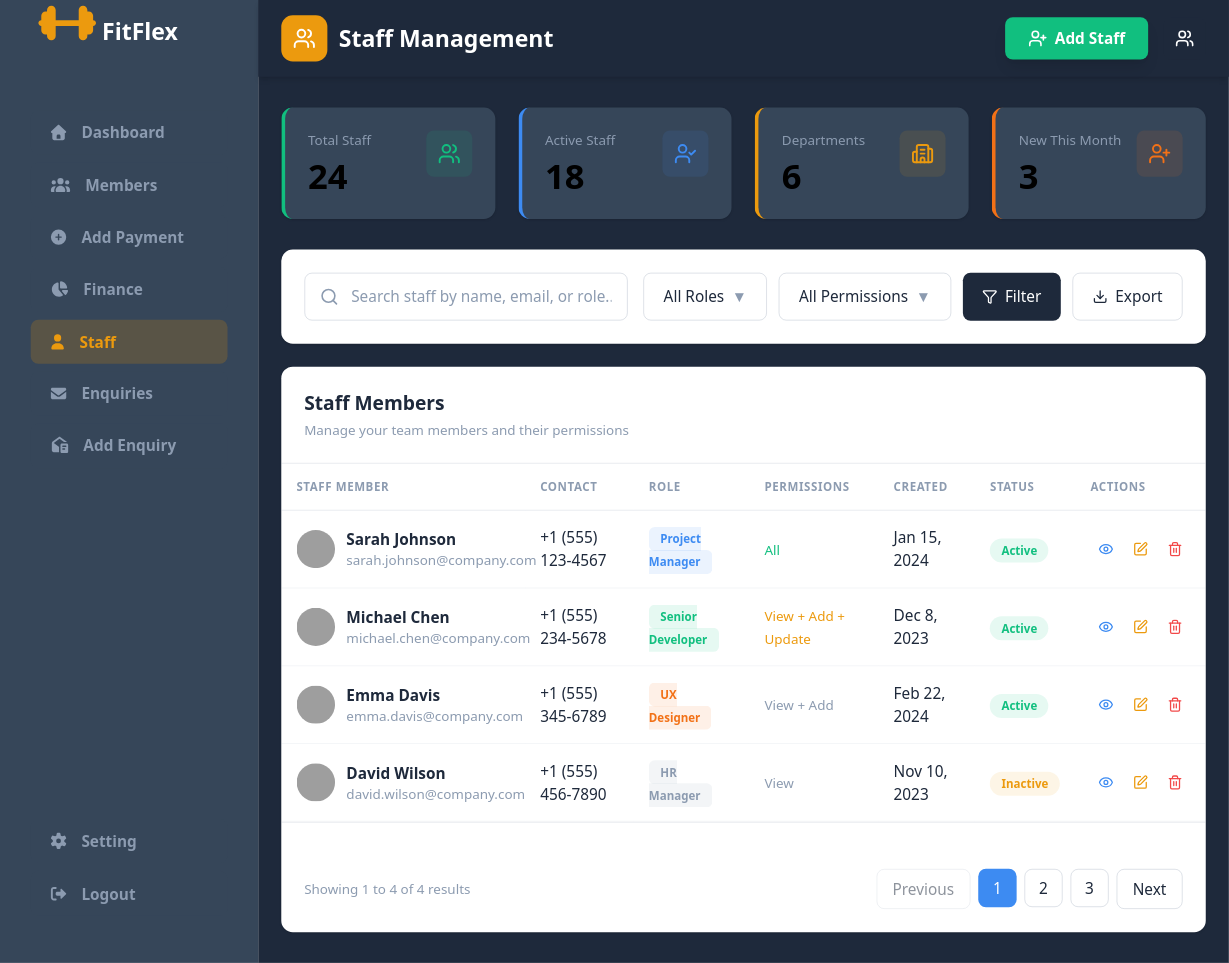
Repository: MuhammadTalhaTaj/gym_management_app_backend
Page: /staff (app in frontend/)
These files come from the project's save history. The page is drawn as it stood at one moment and after the next save; the edit follows.
The browser window is 1280 px wide. The pictures show the whole page, at 96% of full size.
Pictures or frames that could not be fetched are drawn as grey boxes. The project was rebuilt for these pictures with package versions that can differ from the ones it lists, and the page was loaded fresh each time. Also part of the build but not shown: frontend/vite.config.ts, frontend/src/assets/styles/AdminHeader.css, frontend/src/Components/AdminHeader.tsx, frontend/src/assets/styles/AdminDashboard.css, frontend/src/hooks/useDashboardData.ts, frontend/src/assets/styles/AdminDashboardStats.css, frontend/src/Components/AdminDashboardStats.tsx, frontend/src/Components/IncomeExpenseChart.tsx and 30 more.

Above is the page before, as saved 2025-11-21 09:58:02.

After the next save:
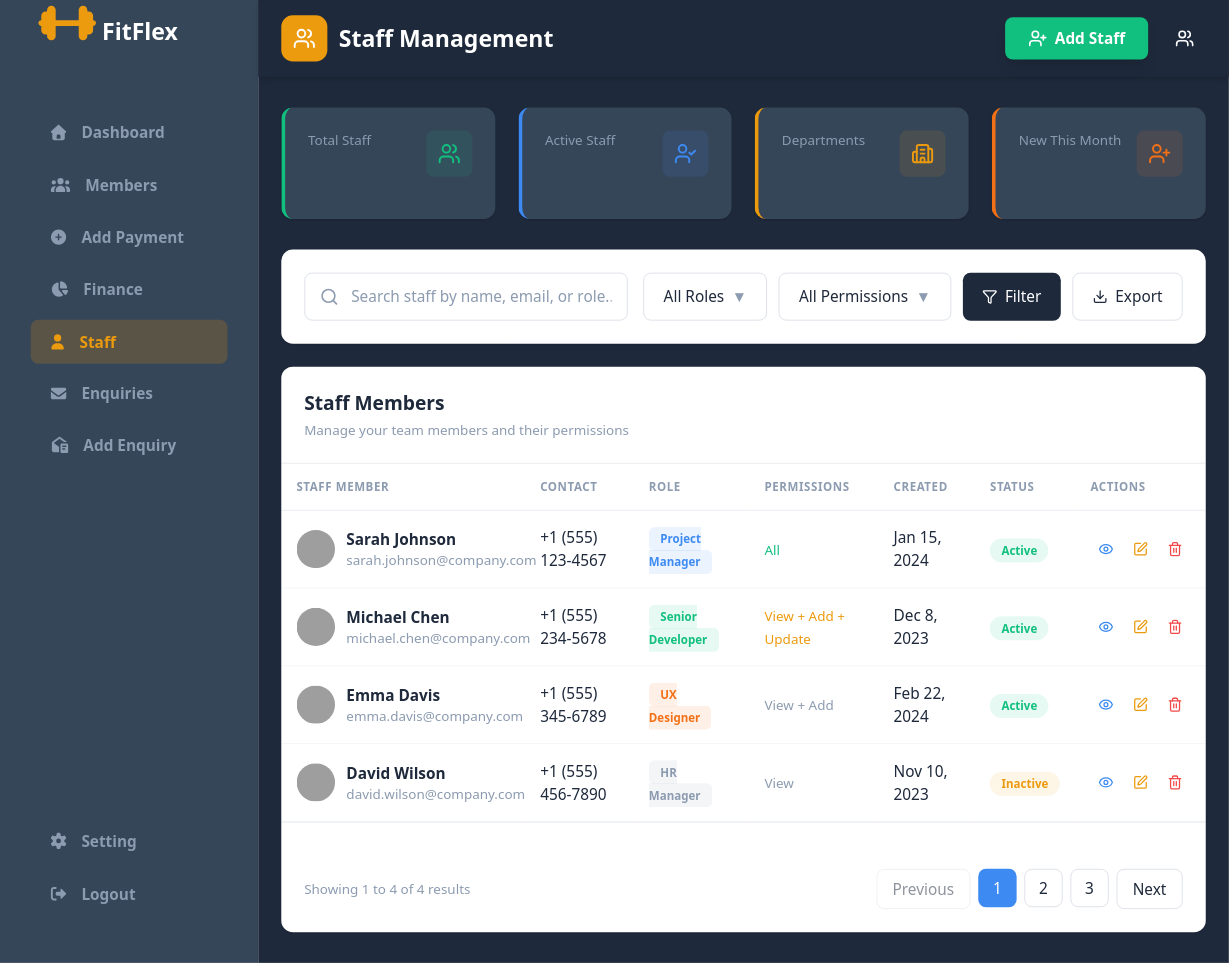
Saved 5 s later.
--- a/frontend/src/pages/Admin/Staff.tsx
+++ b/frontend/src/pages/Admin/Staff.tsx
@@ -64,7 +64,7 @@ const StatCard = ({ stat }) => {
       <div className="flex items-start justify-between">
         <div>
           <p className="text-[#8C9BB0] text-sm font-medium mb-2">{stat.label}</p>
-          <h3 className="text-[var(--pprimary-100)] text-4xl font-bold">{stat.value}</h3>
+          <h3 className="text-[var(--primary-100)] text-4xl font-bold">{stat.value}</h3>
         </div>
         <div className={`${stat.color} ${stat.iconColor} p-3 rounded-lg`}>
           <Icon className="w-6 h-6" />
